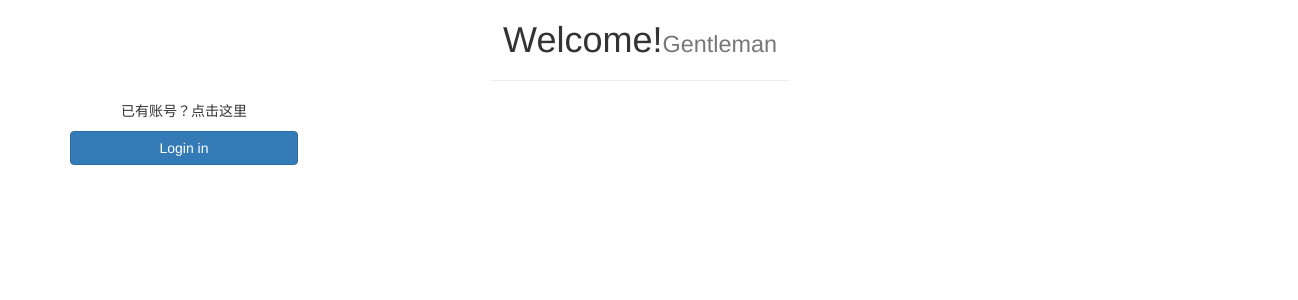
Repository: JasonBour/Beautypedia
Page: http://localhost/
The author's editor kept a copy of each file at every save. The page is drawn from the files as they stood at one save, then again after the next save.
The browser window is 1280 px wide. The page is 1280 px wide, then 1298 px, so the pictures cover 1298 px, including what lies to the right of the window. The pictures show the whole page.
The page is run by PHP 8.4 with error messages shown; the project is at /var/www/html/.

Above is the page before, as saved 2015-09-13 12:27:36.

After the next save:
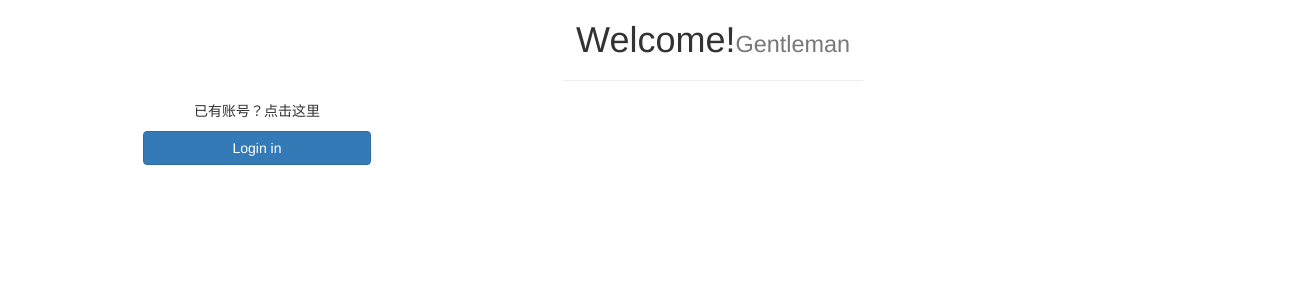
Saved 38 s later.
--- a/Beautypedia/css/index.css
+++ b/Beautypedia/css/index.css
@@ -1,7 +1,7 @@
 @CHARSET "UTF-8";
 div.container{
 	text-align:center;
-
+	 margin-left:10%;
 
 }
 div.login{
